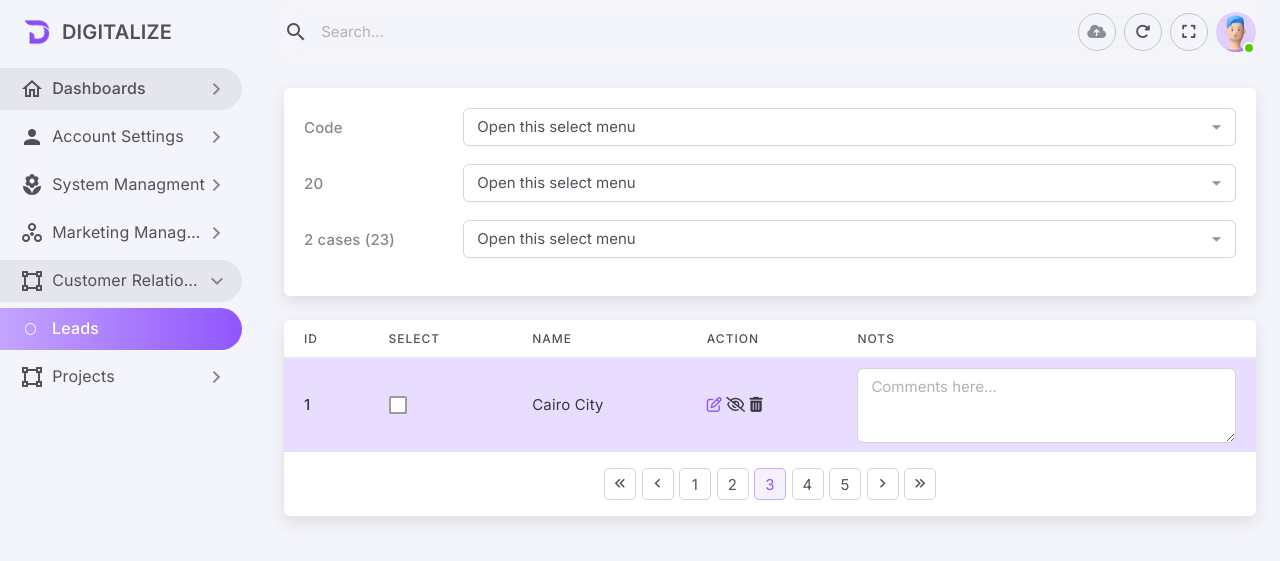
Repository: FadyFathey/sales-crm
Page: html/project-list.html
The author's editor kept a copy of each file at every save. The page is drawn from the files as they stood at one save, then again after the next save.
The browser window is 1280 px wide. The pictures show the whole page.
Some icons come from a web library that is not loaded, so they are not drawn. Some web libraries are served in a nearby version.

Above is the page before, as saved 2024-10-09 14:09:38.
Console error: ReferenceError: d3 is not defined

After the next save:
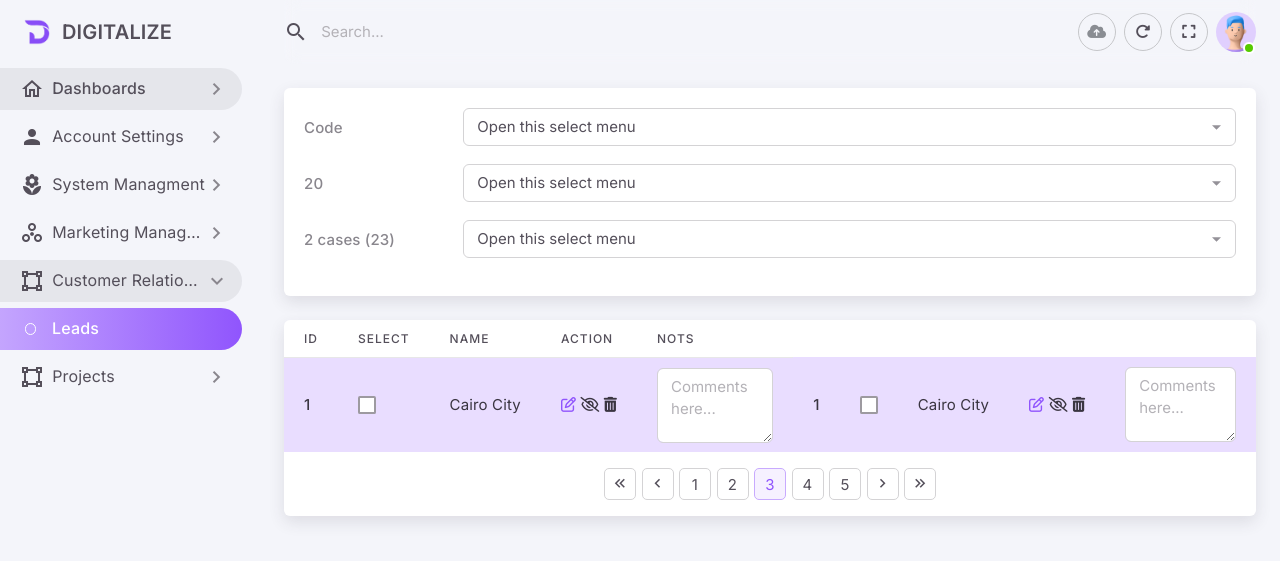
Saved 81 s later.
--- a/html/project-list.html
+++ b/html/project-list.html
@@ -412,6 +412,25 @@
                                                     id="exampleFormControlTextarea1"
                                                     placeholder="Comments here..."></textarea>
                                             </td>
+                                            <td>
+                                                <span class="fw-medium">1</span>
+                                            </td>
+                                            <td><input class="form-check-input" type="checkbox" value=""
+                                                    id="defaultCheck1" /></td>
+                                            <td>
+                                                Cairo City
+                                            </td>
+                                            <td>
+                                                <a href="project.html"><i style="cursor: pointer;"
+                                                        class="fa-regular fa-pen-to-square"></i></a>
+                                                <i style="cursor: pointer;" class="fa-regular fa-eye-slash"></i>
+                                                <i style="cursor: pointer;" class="fa-solid fa-trash-can"></i>
+                                            </td>
+                                            <td>
+                                                <textarea hie class="form-control h-px-75"
+                                                    id="exampleFormControlTextarea1"
+                                                    placeholder="Comments here..."></textarea>
+                                            </td>
                                         </tr>
                                     </tbody>
                                 </table>
